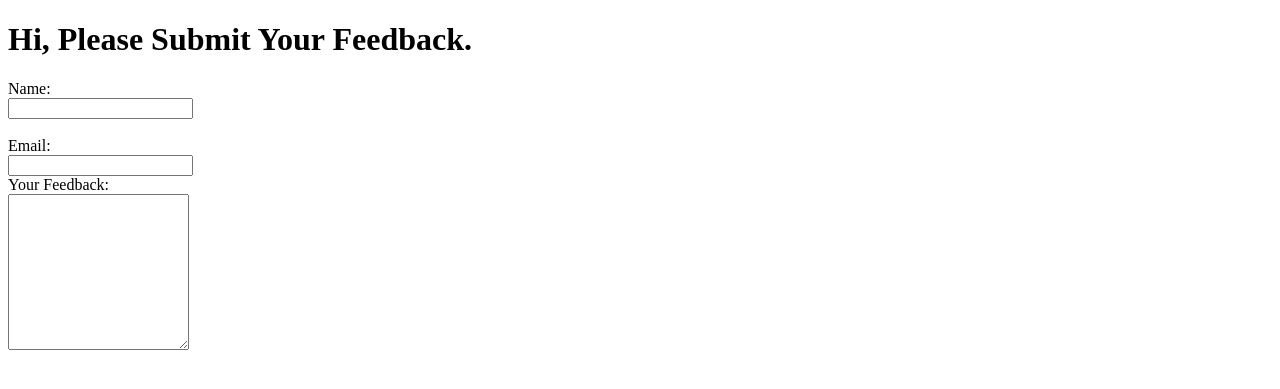
Repository: anik3395/JavaServletProjects
Page: eclipse-workspace/FeedbackCollectionSystem/src/main/webapp/feedback_form.html
These files come from the project's save history. The page is drawn as it stood at one moment and after the next save; the edit follows.
The browser window is 1280 px wide. The pictures show the whole page.

Above is the page before, as saved 2024-10-23 05:53:27.

### eclipse-workspace/FeedbackCollectionSystem/src/main/webapp/feedback_form.html
<!DOCTYPE html>
<html>
<head>
<meta charset="UTF-8">
<title>Submit Your Feedback</title>
</head>
<body>
<h1>Hi, Please Submit Your Feedback.</h1>

<form action="submitFeedback" method="post">

<label for="name" >Name:</label><br>
<input type="text" name="name" required><br><br>

<label for="email">Email:</label><br>
<input type="email"  name="email" required><br>

<label for="feedback">Your Feedback:</label><br>
<textarea  name="feedback" rows="10" required></textarea><br>

</form>

</body>
</html>

After the next save:
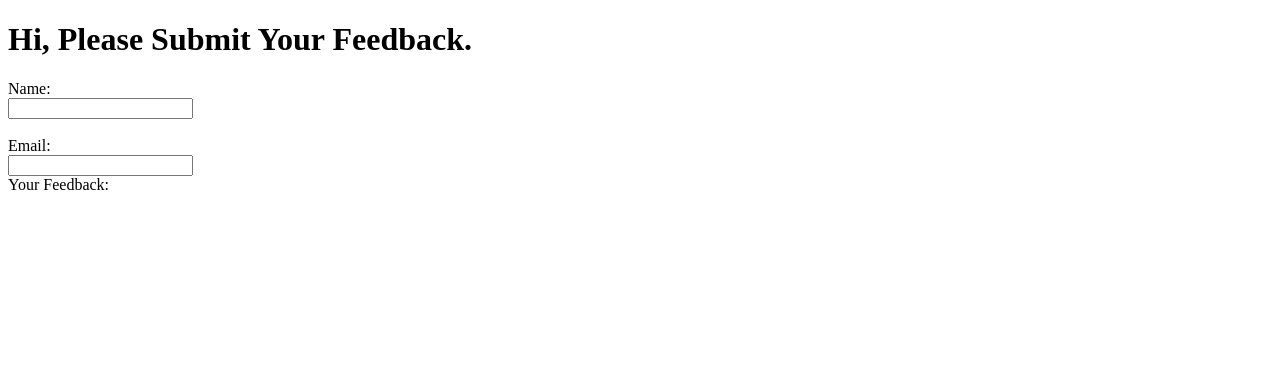
Saved 30 s later.
--- a/eclipse-workspace/FeedbackCollectionSystem/src/main/webapp/feedback_form.html
+++ b/eclipse-workspace/FeedbackCollectionSystem/src/main/webapp/feedback_form.html
@@ -16,7 +16,7 @@
 <input type="email"  name="email" required><br>
 
 <label for="feedback">Your Feedback:</label><br>
-<textarea  name="feedback" rows="10" required></textarea><br>
+<textarea  name="feedback" rows="10" columns="10 required></textarea><br>
 
 </form>
 

After the save that followed:
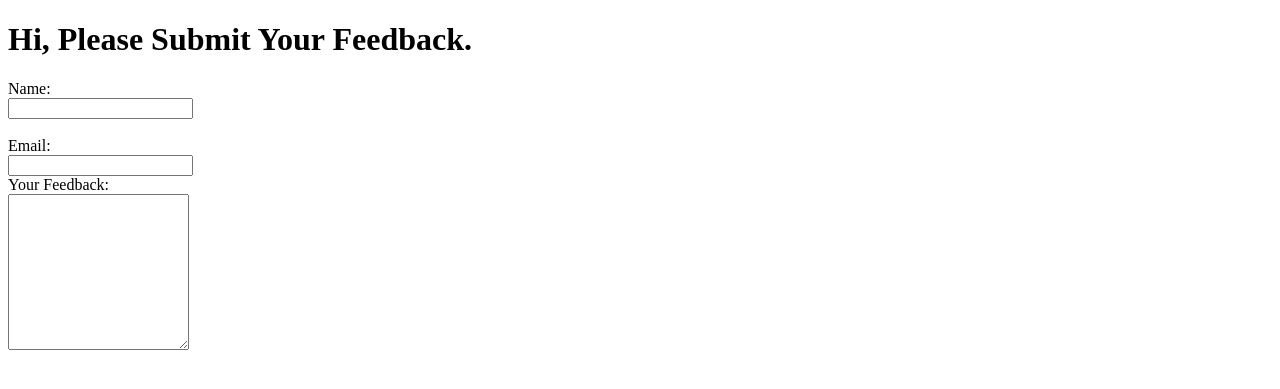
Saved 48 s later.
--- a/eclipse-workspace/FeedbackCollectionSystem/src/main/webapp/feedback_form.html
+++ b/eclipse-workspace/FeedbackCollectionSystem/src/main/webapp/feedback_form.html
@@ -16,7 +16,7 @@
 <input type="email"  name="email" required><br>
 
 <label for="feedback">Your Feedback:</label><br>
-<textarea  name="feedback" rows="10" columns="10 required></textarea><br>
+<textarea  name="feedback" rows="10" columns="10" required></textarea><br>
 
 </form>
 
